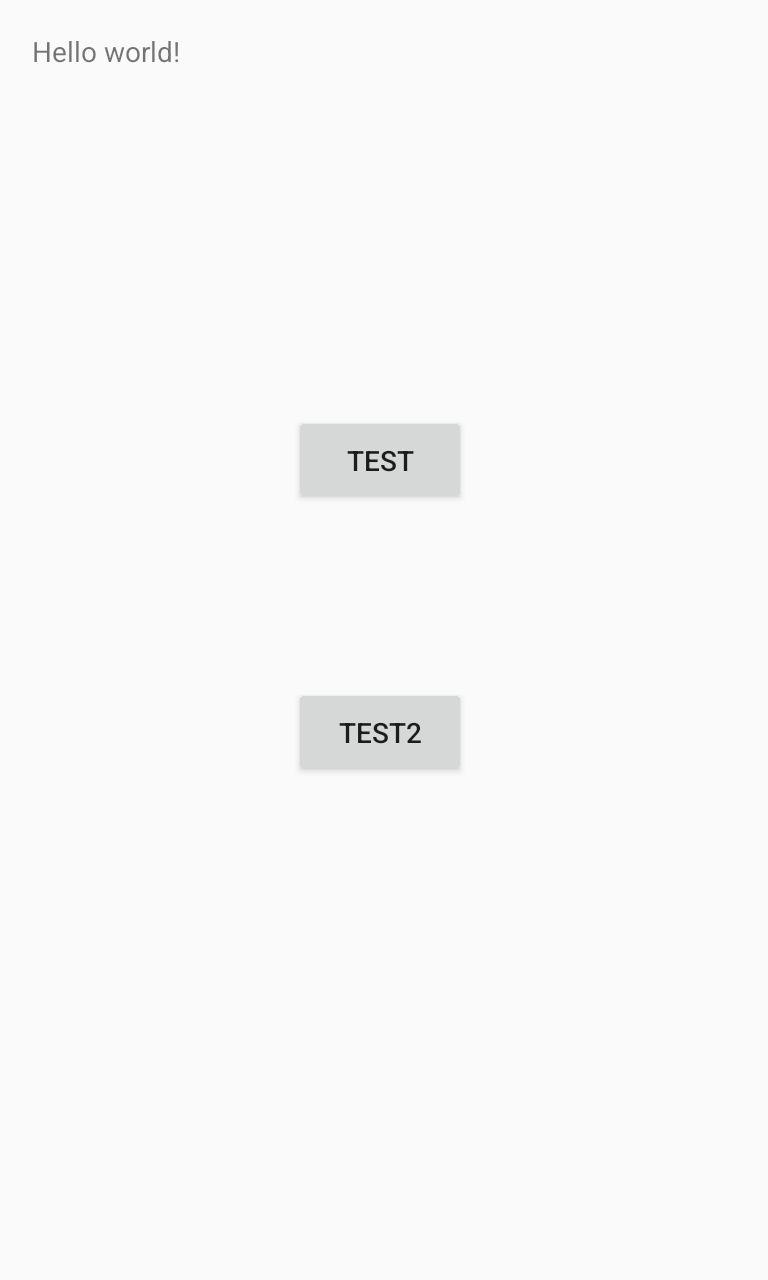
Repository: Chion82/WeFriends
Layout: AndroidTest/res/layout/activity_main.xml
These files come from the project's save history. The layout is drawn as it stood at one moment and after the next save; the edit follows.
It is drawn on a 768 x 1280 px phone screen (xhdpi) without system bars, with theme AppTheme; the app's code is not run.

Above is the layout before, as saved 2015-02-09 10:57:47.

After the next save:
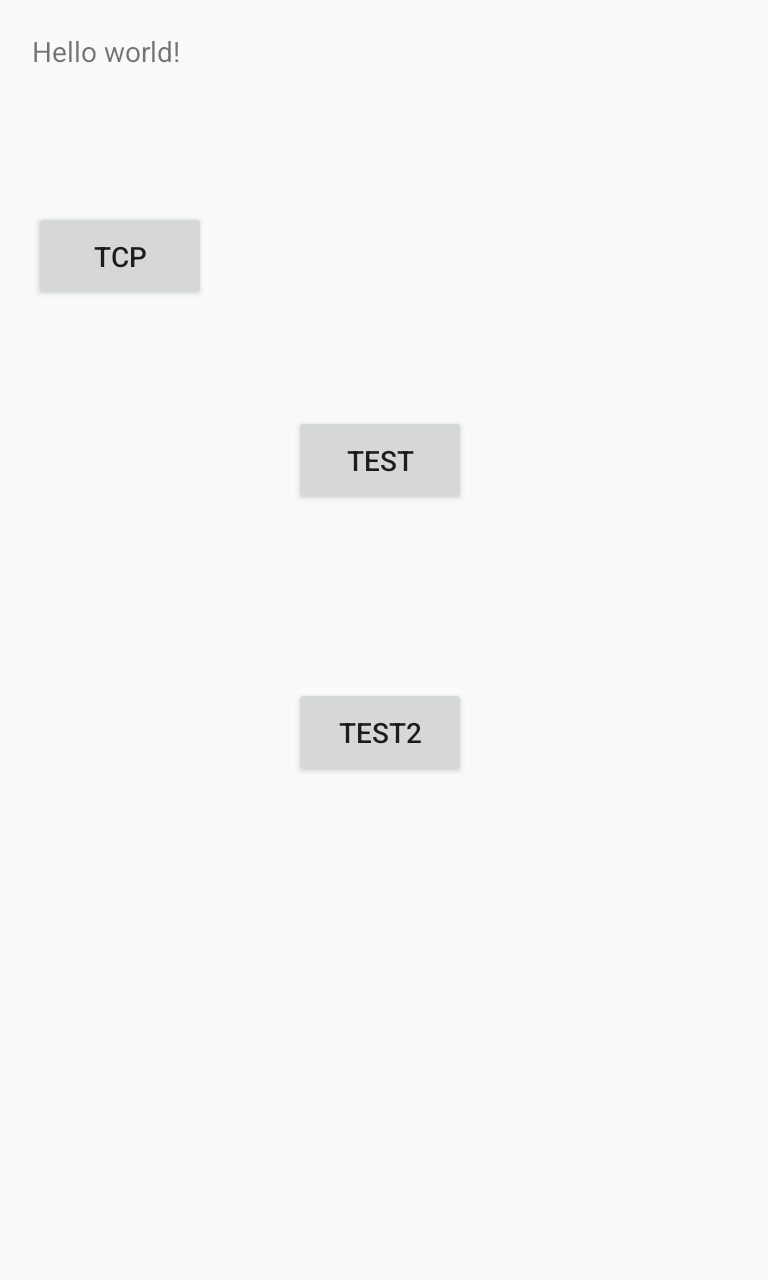
Saved 40 min 30 s later.
--- a/AndroidTest/res/layout/activity_main.xml
+++ b/AndroidTest/res/layout/activity_main.xml
@@ -33,4 +33,13 @@
         android:layout_marginTop="88dp"
         android:text="Test2" />
 
+    <Button
+        android:id="@+id/button3"
+        android:layout_width="wrap_content"
+        android:layout_height="wrap_content"
+        android:layout_alignLeft="@+id/textView1"
+        android:layout_below="@+id/textView1"
+        android:layout_marginTop="69dp"
+        android:text="TCP" />
+
 </RelativeLayout>
